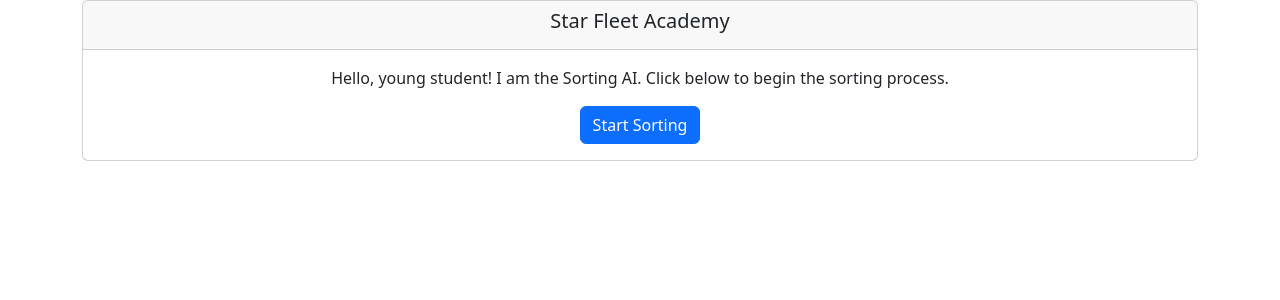
Repository: PaulPatterson48/ASSIGNMENT-StarFleet_academy
Page: index.html
An editor plug-in stored every save of this project. The page is shown before and after the next save, followed by the edit.
The browser window is 1280 px wide. The pictures show the whole page.

Above is the page before, as saved 2023-08-06 13:46:02.
Console error: SyntaxError: Unexpected token '}'

After the next save:
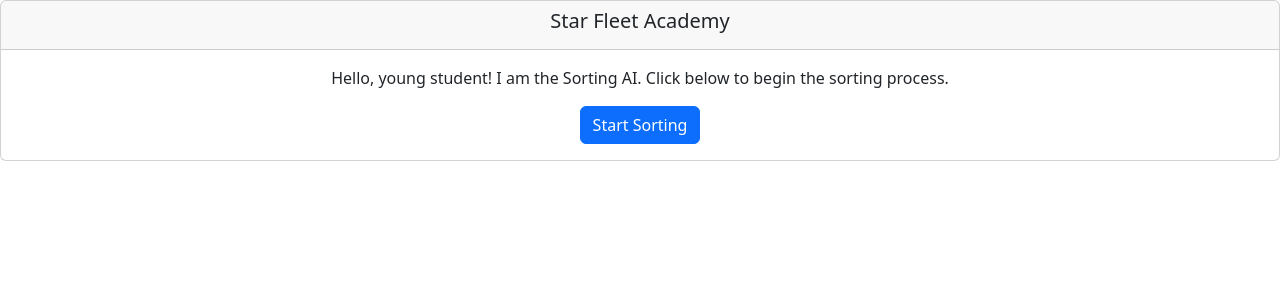
Saved 4 s later.
--- a/index.html
+++ b/index.html
@@ -9,17 +9,13 @@
 </head>
 <body>
   <div class="container">
+    <div="filterContainer"></div>
     <div id="sortingCadetCard" class="card text-center">
       <div class="card-header">
         <h5>Star Fleet Academy</h5>
       </div>
       <div class="card-body">
         <p>Hello, young student! I am the Sorting AI. Click below to begin the sorting process.</p>
-        <!-- <div id="btnRow" class="d-flex justify-content-between mb-3 btnRow">
-        <button id="enterpriseBtn" type="submit" class="btn btn-primary">Enterprise</button>
-        <button id="voyagerBtn" type="submit" class="btn btn-primary">Voyager</button>
-        <button id="excaliburBtn" type="submit" class="btn btn-primary">Excalibur</button>
-        <button id="excelsiorBtn" type="submit" class="btn btn-primary">Excelsior</button> -->
         <button id="startSortingBtn" class="btn btn-primary">Start Sorting</button>
       </div>
       </div>
